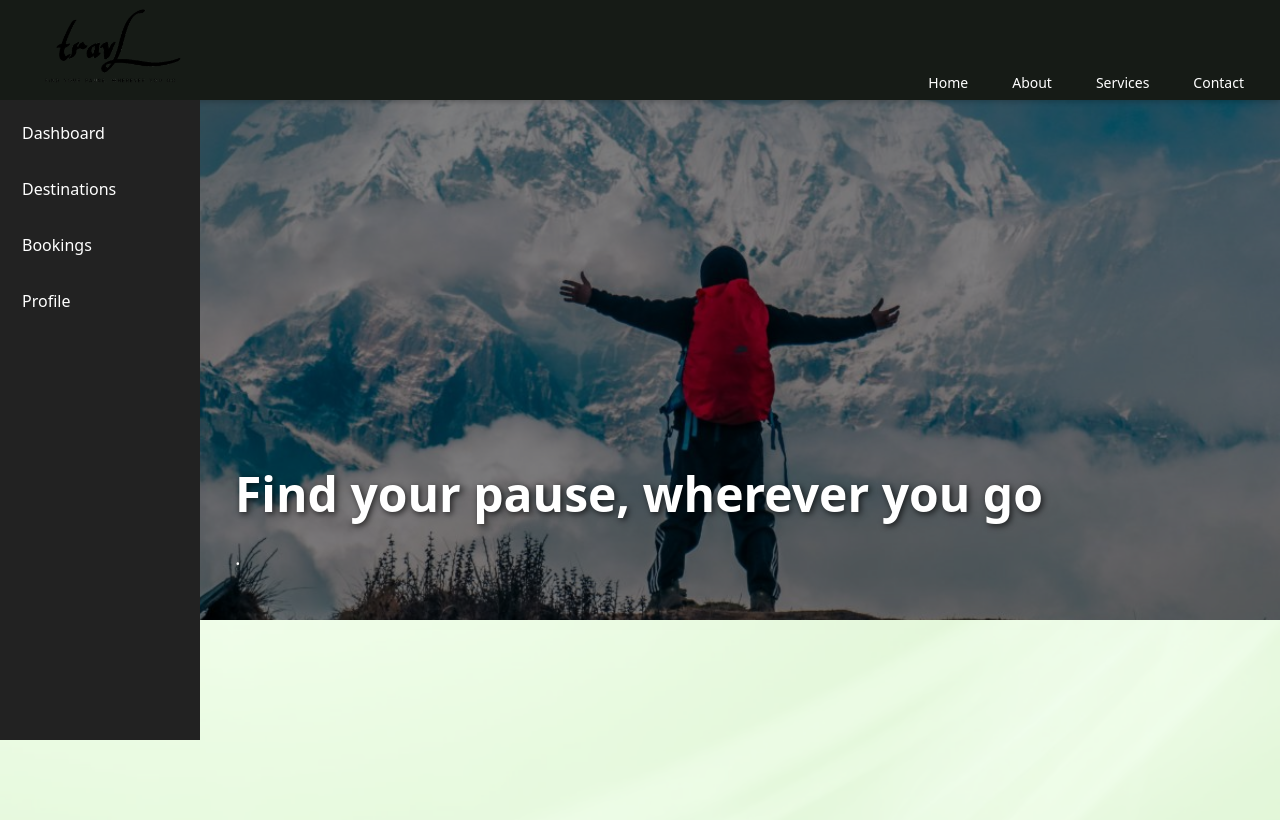
Repository: Nakib-Arman/Javafest25---travL
Page: / (app in Frontend/)
These files come from the project's save history. The page is drawn as it stood at one moment and after a run of saves; the edit follows.
The browser window is 1280 px wide. The pictures show the whole page.
Pictures or frames that could not be fetched are drawn as grey boxes. The project was rebuilt for these pictures with package versions that can differ from the ones it lists, and the page was loaded fresh each time. Also part of the build but not shown: Frontend/vite.config.js.

Above is the page before, as saved 2025-08-13 01:14:11.

After the next 3 saves:
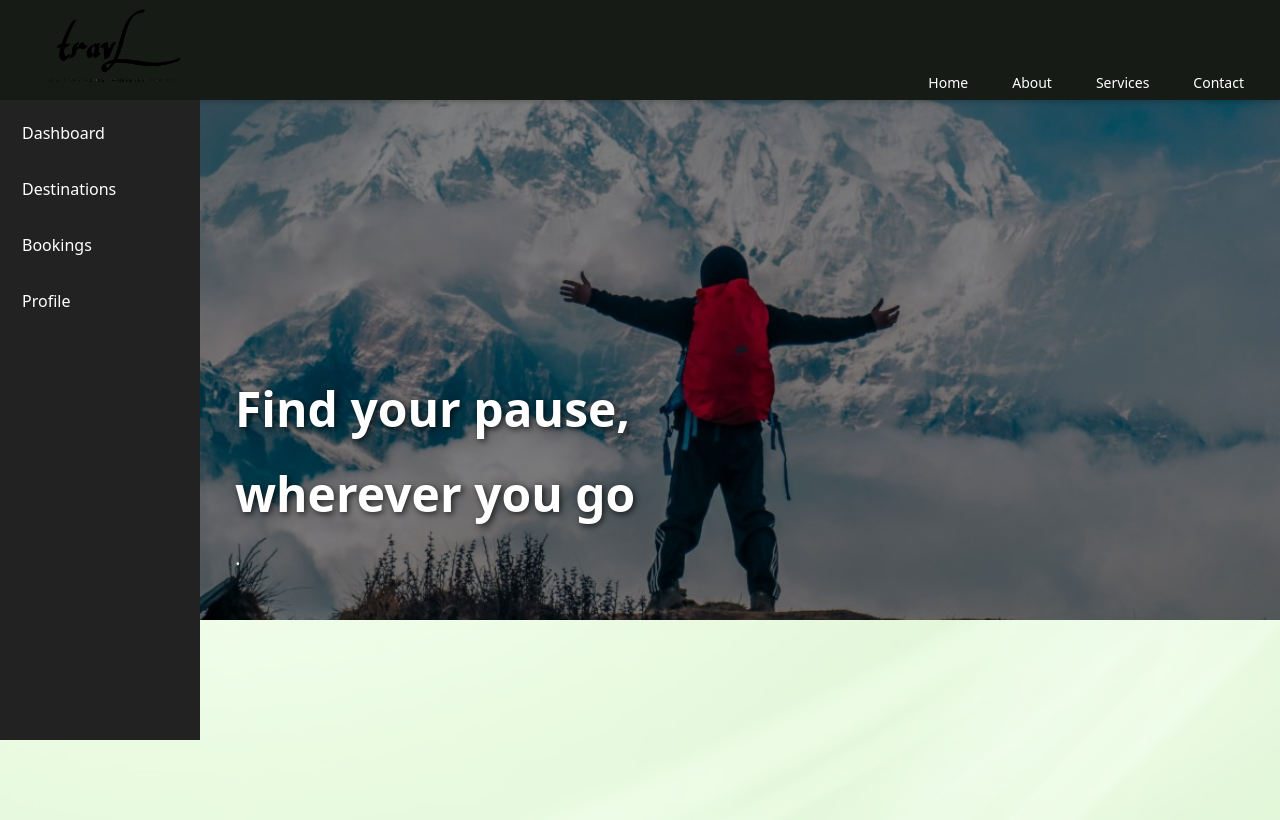
The 3 saves are shown as one change because 2 did not build or start.
The last was saved 13 s later.
--- a/Frontend/src/Components/Home.jsx
+++ b/Frontend/src/Components/Home.jsx
@@ -36,7 +36,8 @@
         </div>
 
         <div className="overlay-text">
-          <h1>Find your pause, wherever you go</h1>
+          <h1>Find your pause, </h1>
+          <h1>wherever you go</h1>
           <p>.</p>
         </div>
       </div>

After the save that followed:
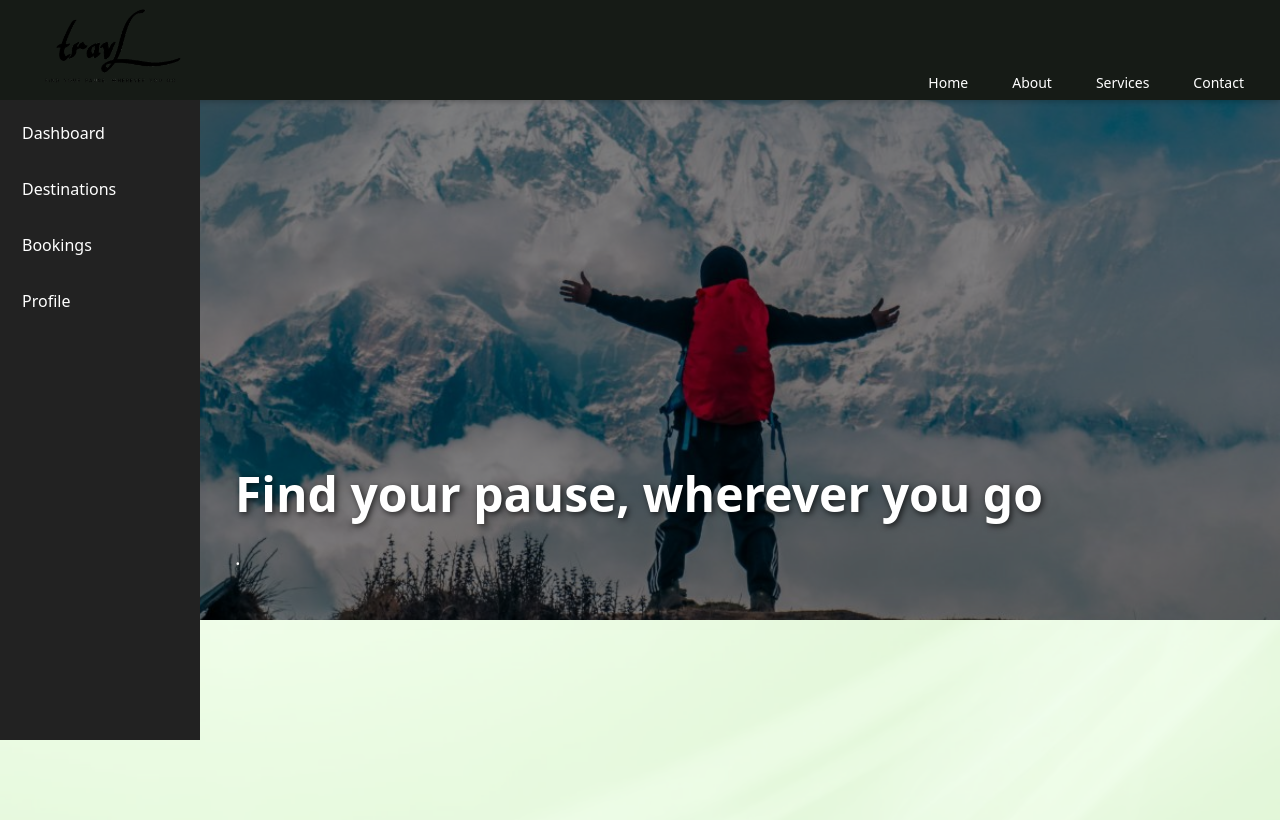
Saved 31 s later.
--- a/Frontend/src/Components/Home.jsx
+++ b/Frontend/src/Components/Home.jsx
@@ -36,8 +36,7 @@
         </div>
 
         <div className="overlay-text">
-          <h1>Find your pause, </h1>
-          <h1>wherever you go</h1>
+          <h1>Find your pause, wherever you go</h1>
           <p>.</p>
         </div>
       </div>
